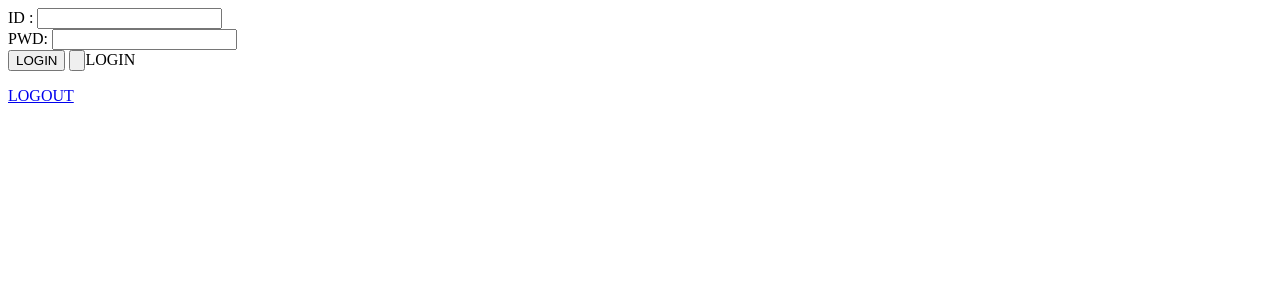
Repository: hrk09/JSPServlet
Page: http://localhost/edu/exam06.jsp
The author's editor kept a copy of each file at every save. The page is drawn from the files as they stood at one save, then again after the next save.
The browser window is 1280 px wide. The pictures show the whole page.
The page is served by Tomcat 9. Nobody is signed in. The application's start-up code is not run. Other server files are loaded and not shown.

Above is the page before, as saved 2022-06-30 05:42:26.

### edu/WebContent/exam06.jsp
<%@ page language="java" contentType="text/html; charset=UTF-8"
	pageEncoding="UTF-8"%>

	<% request.getAttribute("msg"); %>

<form action="logProc.jsp" method="post">
	ID : <input type="text" name="id"><br>
	PWD: <input	type="password" name="pwd"><br> <input type="submit" value="LOGIN">
	<input type="submit" value>LOGIN
</form>

<p>
	<a href="logProc.jsp">LOGOUT</a>
</p>

After the next save:
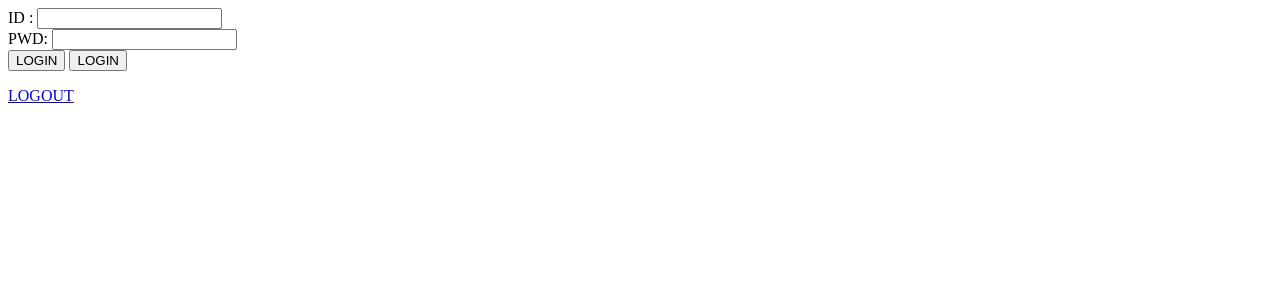
Saved 8 s later.
--- a/edu/WebContent/exam06.jsp
+++ b/edu/WebContent/exam06.jsp
@@ -6,7 +6,7 @@
 <form action="logProc.jsp" method="post">
 	ID : <input type="text" name="id"><br>
 	PWD: <input	type="password" name="pwd"><br> <input type="submit" value="LOGIN">
-	<input type="submit" value>LOGIN
+	<input type="submit" value="LOGIN">
 </form>
 
 <p>
